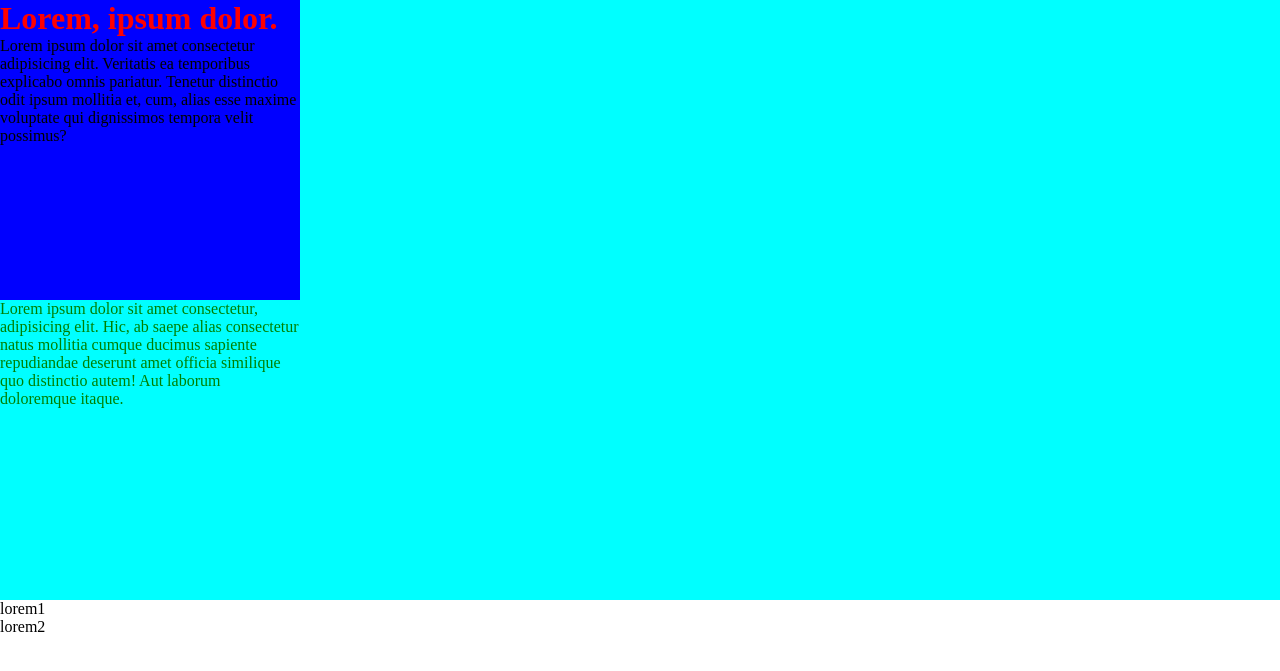
Repository: AytacSafarova/Scss-sample
Page: pages/homePage/index.html
The author's editor kept a copy of each file at every save. The page is drawn from the files as they stood at one save, then again after a run of saves.
The browser window is 1280 px wide. The pictures show the whole page.
The style sheet was rebuilt from its Sass, Less or Tailwind sources for each picture, by a compiler version that may differ from the author's.

Above is the page before, as saved 2023-11-09 14:21:37.

After the next 2 saves:
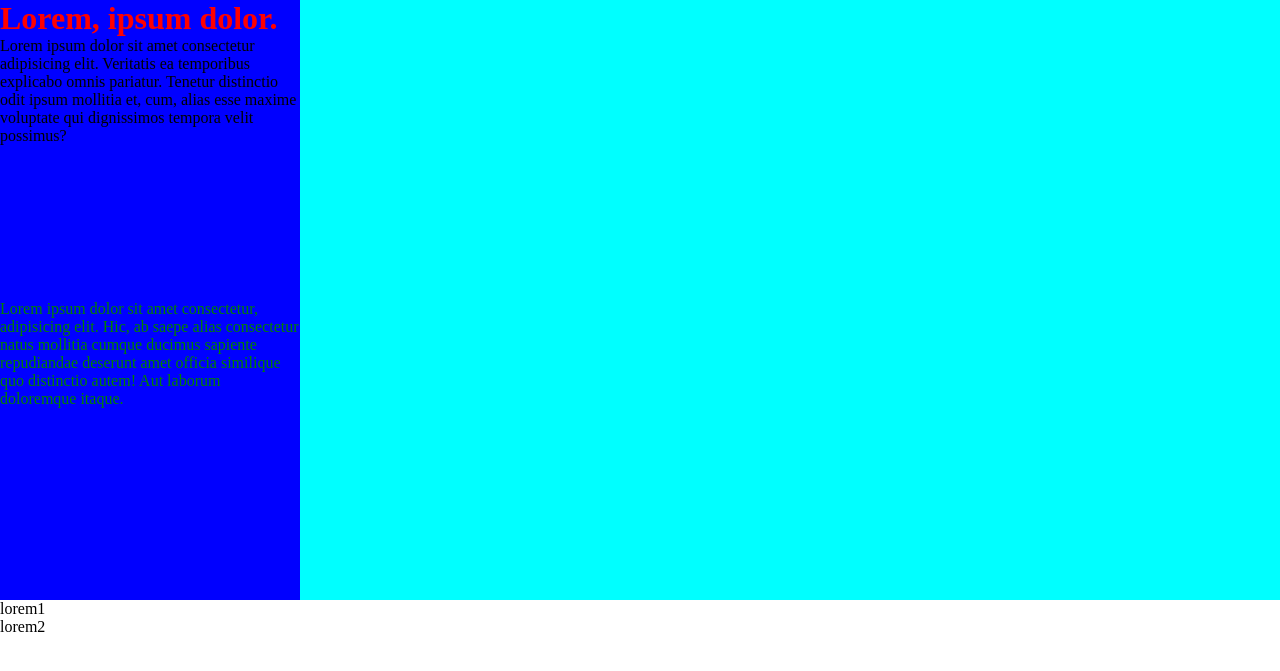
The 2 saves are shown as one change because they came seconds apart.
The last was saved 6 s later.
--- a/pages/homePage/index.scss
+++ b/pages/homePage/index.scss
@@ -11,6 +11,7 @@
   .child-1{
     width: 300px;
     height: 300px;
+    background-color: blue;
     p{
         color: green;
     }
